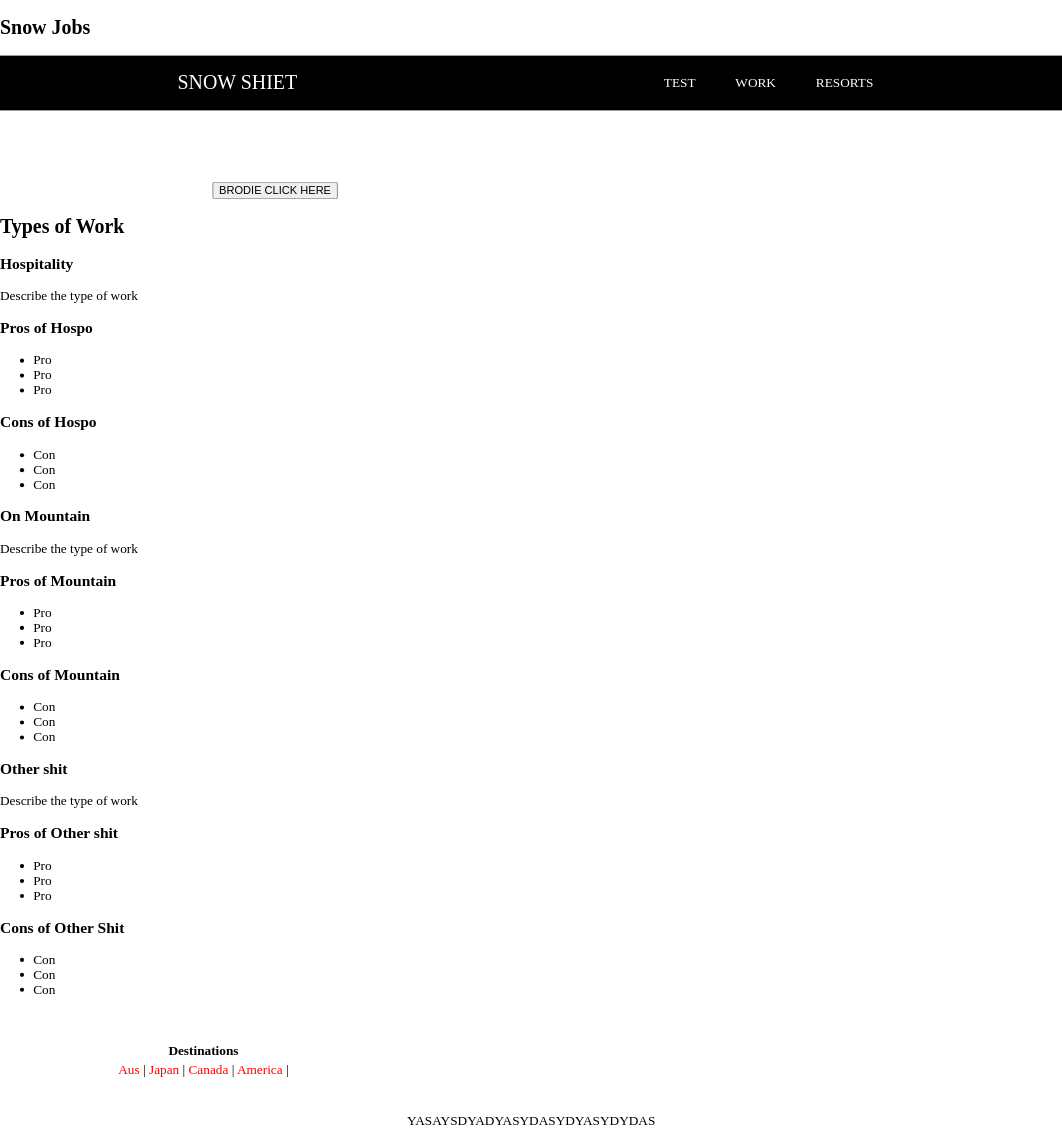
Repository: Jet-Gill-Lee/SnowSite
Page: work-overview.html
The author's editor kept a copy of each file at every save. The page is drawn from the files as they stood at one save, then again after the next save.
The browser window is 1280 px wide. The pictures show the whole page, at 83% of full size.

Above is the page before, as saved 2021-07-24 23:49:16.

### work-overview.html
<!DOCTYPE html>
<html lang="en">
<head>
    <meta charset="UTF-8">
    <meta http-equiv="X-UA-Compatible" content="IE=edge">
    <meta name="viewport" content="width=device-width, initial-scale=1.0">
    <link rel="stylesheet" href="css/stylesheet.css">
    <script src='navbar.js' defer></script>
    <title>SnowSite</title>
</head>
<body>
<!-- PAGE HEADER -->
  <header id="page-header">
  <!-- HEADER TEXT-->
  <h2>
    Snow Jobs
  </h2>
  <!-- TOP NAVIGATION BAR -->
  <div class="navbar">
    <div class="brand-title"><a href='index.html'>SNOW SHIET</a></div>
      <a href='#' class='toggle-button'>
      <span class="bar"></span>
      <span class="bar"></span>
      <span class="bar"></span></a>
    <div class="navbar-links">
      <ul>
        <li><a href="submit-stuff.html">TEST</a></li>
        <li><a href="work-overview.html">WORK</a></li>
        <li><a href="resorts-overview.html">RESORTS</a></li>
      </ul>
    </div>
  </div>
  <div class="hero-content">
    <button id='brodie-button'>BRODIE CLICK HERE</button>
    <div class="hero-flex-item hero-text">
      TAGLINE <br>
      <span>LMAO BRODIE YOU ARE A BITCH </span>
    </div>
  </div>
<!-- MAIN -->
  <div id="page-main">
    <div id="main-info">
      <!-- TYPES OF WORK -->
        <section id="work-section">
        <div id="main-work-div">
            <div class="section-header">
                <h2>Types of Work</h2>
            </div>
            <div class="work-option">
                <div class="work-option-name">
                <h3>Hospitality</h3>
                <p>Describe the type of work</p>
                </div>
                <div class="work-option-pros">
                    <h3>
                        Pros of Hospo
                    </h3>
                    <ul>
                        <li>Pro</li>
                        <li>Pro</li>
                        <li>Pro</li>
                    </ul>
                </div>
                <div class="work-option-cons">
                    <h3>
                        Cons of Hospo
                    </h3>
                    <ul>
                        <li>Con</li>
                        <li>Con</li>
                        <li>Con</li>
                    </ul>
                </div>
            </div>
            <div class="work-option">
                <div class="work-option-name">
                <h3>On Mountain</h3>
                <p>Describe the type of work</p>
                </div>
                <div class="work-option-pros">
                    <h3>
                        Pros of Mountain
                    </h3>
                    <ul>
                        <li>Pro</li>
                        <li>Pro</li>
                        <li>Pro</li>
                    </ul>
                </div>
                <div class="work-option-cons">
                    <h3>
                        Cons of Mountain
                    </h3>
                    <ul>
                        <li>Con</li>
                        <li>Con</li>
                        <li>Con</li>
                    </ul>
                </div>
            </div>
            <div class="work-option">
                <div class="work-option-name">
                <h3>
                    Other shit
                </h3>
                <p>Describe the type of work</p>
                </div>
                <div class="work-option-pros">
                    <h3>
                        Pros of Other shit
                    </h3>
                    <ul>
                        <li>Pro</li>
                        <li>Pro</li>
                        <li>Pro</li>
                    </ul>
                </div>
                <div class="work-option-cons">
                    <h3>
                        Cons of Other Shit
                    </h3>
                    <ul>
                        <li>Con</li>
                        <li>Con</li>
                        <li>Con</li>
                    </ul>
                </div>
            </div>
        </div>
        </section>
      <!-- TYPES OF RESORTS -->
        <section id="resort-info">
          <div id="resorts-main">
          </div>
        </section>
    <!-- FOOTER -->
    <div class="footer-flex-item flex-links">
      <div class="link-wrapper">
          <h4>Destinations</h4>
        <a href="country.html">Aus</a> <span> | </span>
        <a href="country.html">Japan</a> <span> | </span>
        <a href="country.html">Canada</a> <span> | </span>
        <a href="country.html">America</a> <span> | </span>
      </div>
    </div>
  </div>
  <div class="copyright">YASAYSDYADYASYDASYDYASYDYDAS</div>
</body>
</html>

### css/stylesheet.css
body {
  margin:0;
  padding:0;
}
* {
  box-sizing: border-box;
}
.hero {
  background: url('../image/background-desktop.jpg');
  background-repeat: no-repeat;
  background-size: cover;
  background-position: 50% 0;
  height: 100vh;
}
.navbar {
  display: flex;
  background-color: rgba(0, 0, 0);
  justify-content: space-around;
  align-items: center;
  box-sizing: unset;
}
.brand-title {
  font-size: 1.5rem;
  height: 100%;
}
.brand-title a{
  color: white;
  text-decoration: none;
  padding: 10px;
  display:block;
}
.navbar-links {
  height: 100%;
  align-items: center;
  justify-content: space-around;
}
.navbar-links ul{
  display: flex;
  list-style: none;
  padding: 0;
}
.navbar-links li a {
  padding: 0.5rem 1.5rem;
  text-decoration: none;
  display:block;
  color:white;
}
.navbar-links ul li a:hover {
  background-color: rgba(255, 255, 255, 0.178);
}

.toggle-button {
  display: none;
  flex-direction: column;
  justify-content: space-between;
  width: 30px;
  height: 20px;
  position: absolute;
  top: 1rem;
  right: 1.5rem;
}
.toggle-button .bar {
  width: 100%;
  height: 3px;
  background-color: white;
  border-radius: 10px;
}
.hero-content {
  margin-left: 20%;
  padding-top: 12vh;
}
.hero-text {
  width:45%;
  font-size: 3rem;
  display:none;
}
.hero-text.active {
  display: block;
}
.footer-flex-container {
  display: flex;
  flex-wrap: wrap;
  justify-content: space-between;

}
.footer {
  background-color: rgba(14, 13, 13, 0.863);
}
.footer-flex-item {
  min-width: 300px;
  width: 33.3%;
  display:flex;
  align-items: center;
  justify-content: center;
  min-height: 120px;
  text-align: center;
  padding-left: 5%;;
}
.footer-flex-item.flex-links {
 flex: 0.7
}
.footer-flex-item a{
  text-decoration: none;
  color:red;
}
.footer-flex-item a:visited{
  text-decoration: none;
  color: red;
}
.footer-flex-item p {
  padding: 2px;
  margin-bottom: 0;
  margin-top: 0;
  margin-left: 10px;
}
.footer-flex-item h4 {
  margin-top: 0;
  margin-bottom: 5px;
}
.copyright {
  text-align: center;
  width: 100%;
  padding: 5px;

}

@media (max-width: 900px) {
  .hero {
    height: 70vh;
  }
  .navbar-links {
    display:none;
    width: 100%;
  }
  .toggle-button {
    display: flex;
  }
  .hero-content {
    padding-top: 6vh;
  }
  .hero-text {
    position: absolute;
    top: 100px;
    z-index: 1;
  }
  .brand-title {
    padding-left: 20px;
  }
  .navbar {
    flex-direction: column;
    align-items: flex-start;
  }
  .navbar-links ul {
    flex-direction: column;
    align-items: center;
    width: 100%;
  }
  .navbar-links ul li {
    width: 100%;
    text-align: center;
  }
  .navbar-links.active {
    display: flex;
    z-index: 10;
  }
  .footer-flex-container{
    flex-wrap: wrap;
    justify-content: center;
  }
  .footer-flex-item.contact {
    order: 3;
  }
}
@media (max-width: 400px) {
 .hero {
   height: 50vh;
 }
 .hero-content {
   margin: 20px;
 }
 .hero-text {
   padding-top: 10px;
   top: 50px;
   width: 80%;
   word-wrap: break-word;
 }
}

### navbar.js
const toggleButton = document.getElementsByClassName('toggle-button')[0];
const navBarLinks = document.getElementsByClassName('navbar-links')[0];

toggleButton.addEventListener('click', () => {
  navBarLinks.classList.toggle('active')
});


const brodieButton = document.getElementById('brodie-button');
const brodieBitch = document.getElementsByClassName('hero-text')[0]
brodieButton.addEventListener('click', () => {
  brodieBitch.classList.toggle('active')
});

After the next save:
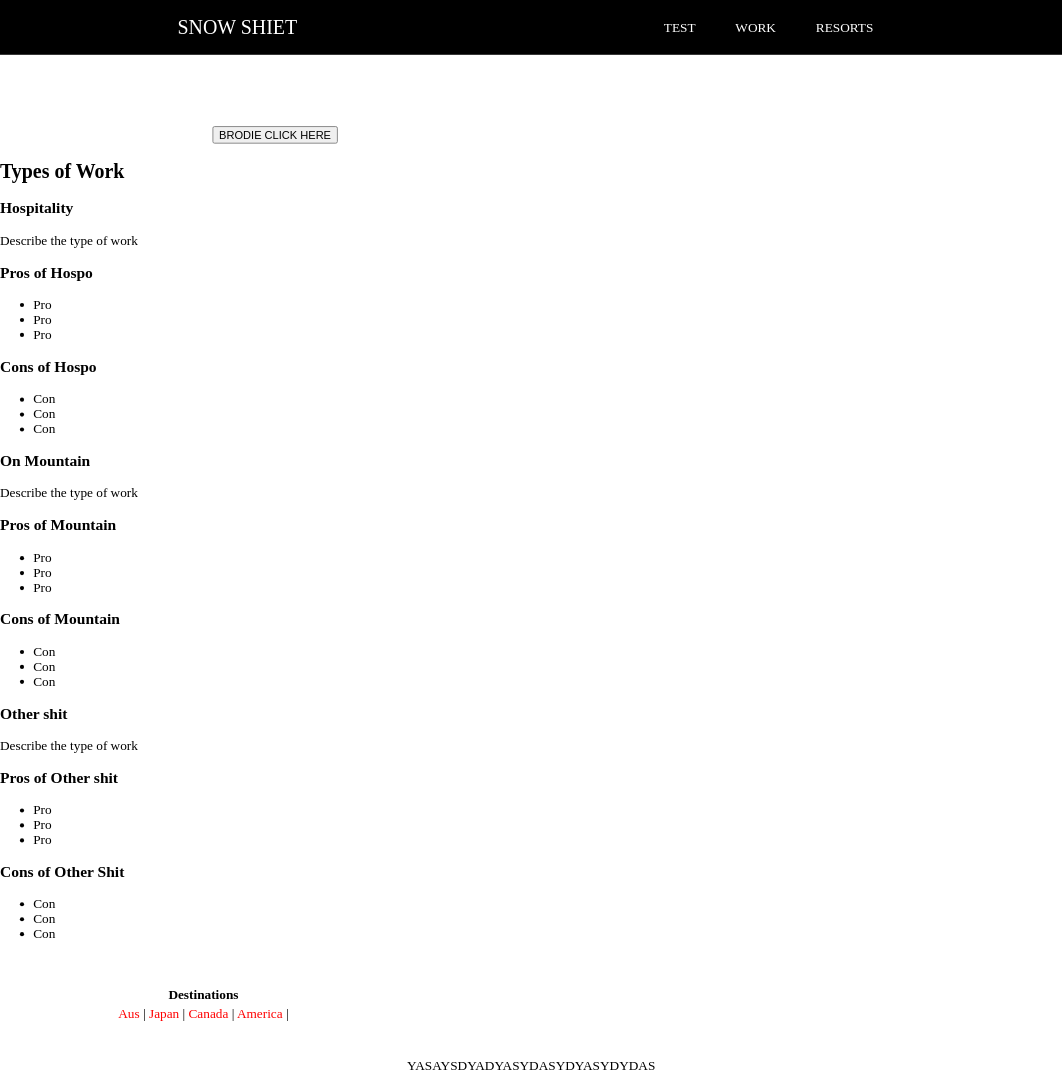
Saved 30 s later.
--- a/work-overview.html
+++ b/work-overview.html
@@ -10,11 +10,7 @@
 </head>
 <body>
 <!-- PAGE HEADER -->
-  <header id="page-header">
-  <!-- HEADER TEXT-->
-  <h2>
-    Snow Jobs
-  </h2>
+
   <!-- TOP NAVIGATION BAR -->
   <div class="navbar">
     <div class="brand-title"><a href='index.html'>SNOW SHIET</a></div>
